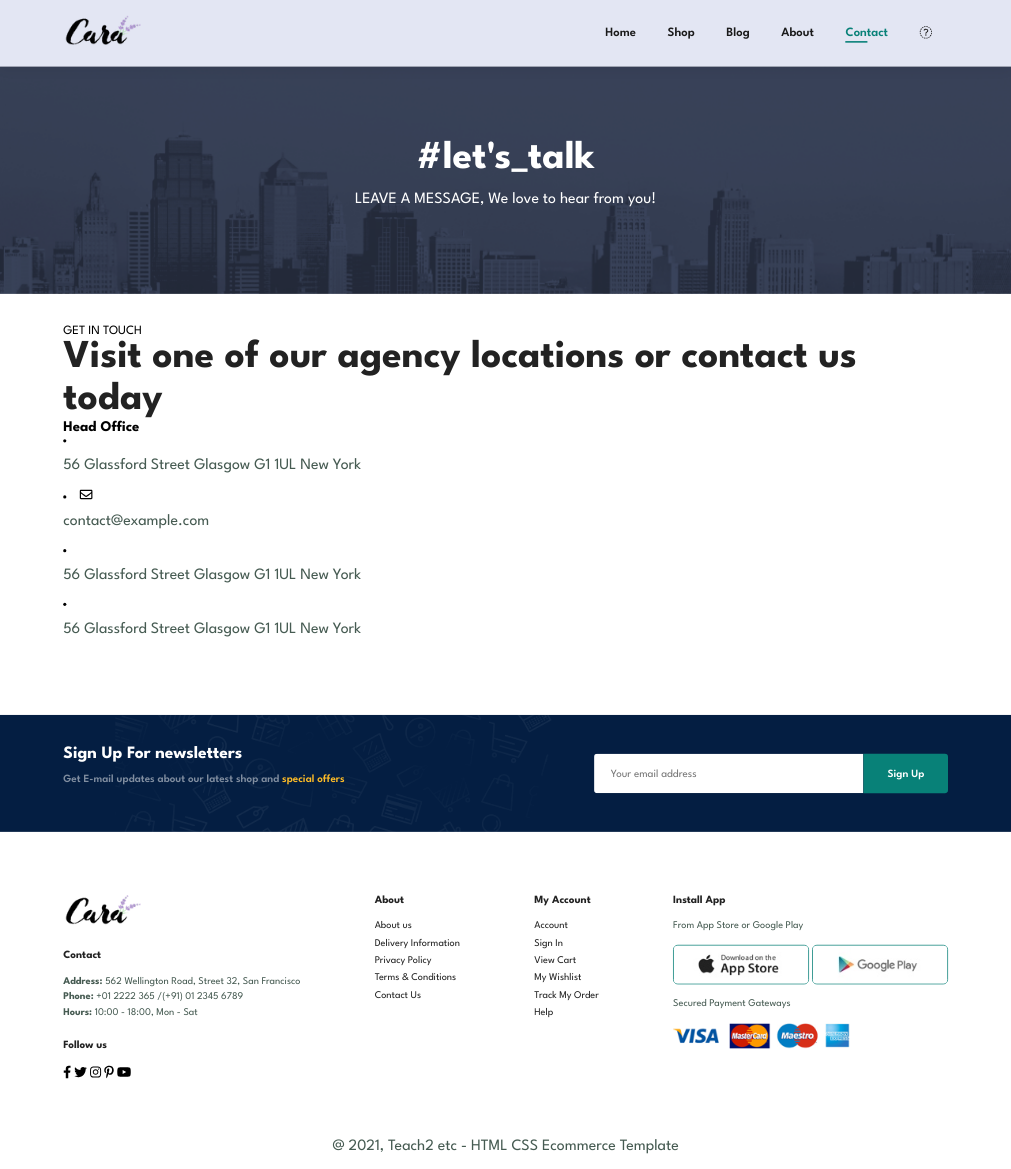
Repository: quy261001/cara
Page: contact.html
The author's editor kept a copy of each file at every save. The page is drawn from the files as they stood at one save, then again after the next save.
The browser window is 1280 px wide. The pictures show the whole page, at 79% of full size.

Above is the page before, as saved 2022-05-04 16:56:05.

After the next save:
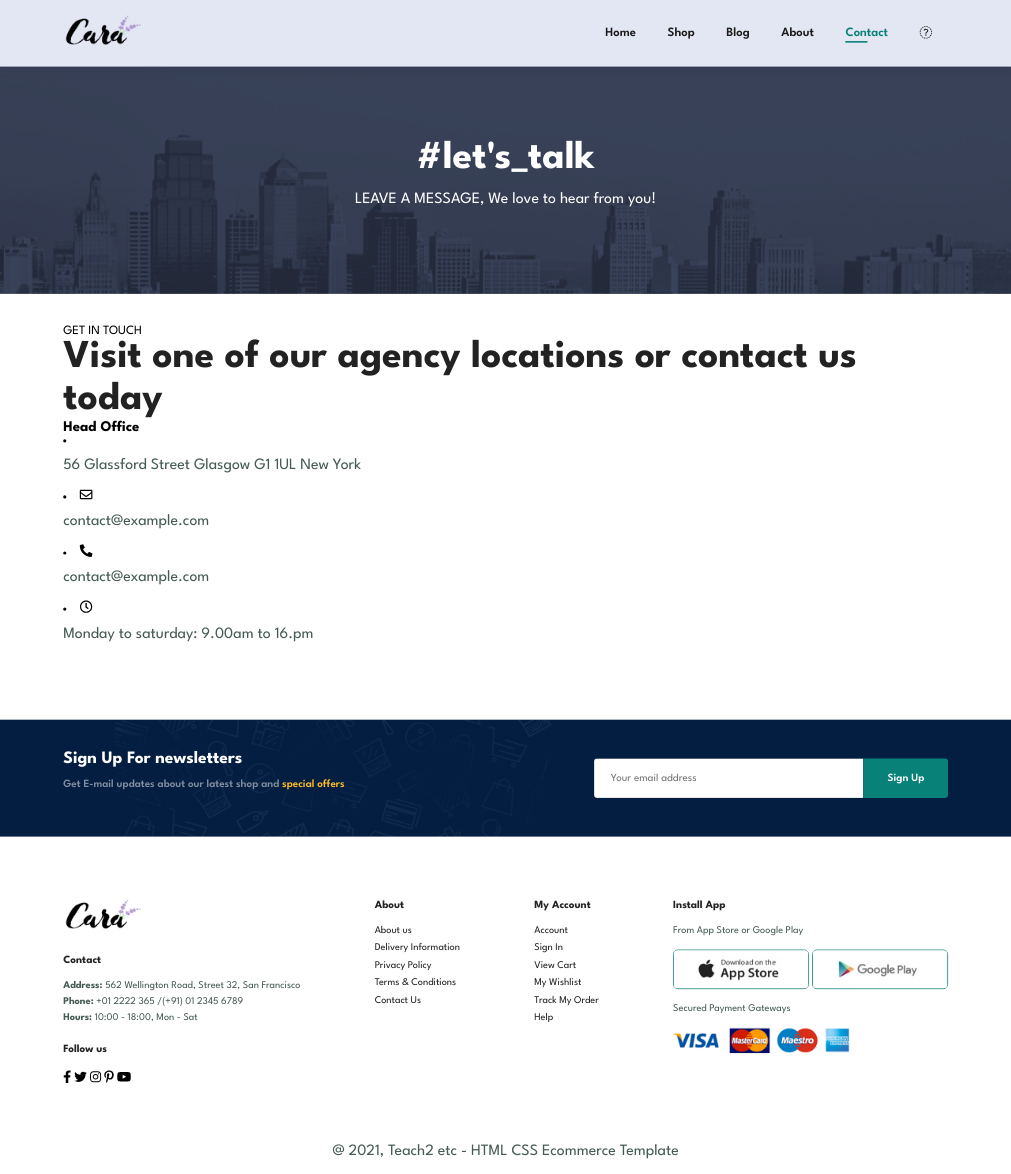
Saved 106 s later.
--- a/contact.html
+++ b/contact.html
@@ -50,12 +50,12 @@
             <p>contact@example.com</p>
           </li>
           <li>
-            <i class="fal fa-map"></i>
-            <p>56 Glassford Street Glasgow G1 1UL New York </p>
+            <i class="fas fa-phone-alt"></i>
+            <p>contact@example.com</p>
           </li>
           <li>
-            <i class="fal fa-map"></i>
-            <p>56 Glassford Street Glasgow G1 1UL New York </p>
+            <i class="far fa-clock"></i>
+            <p>Monday to saturday: 9.00am to 16.pm</p>
           </li>
         </div>
     </div>
